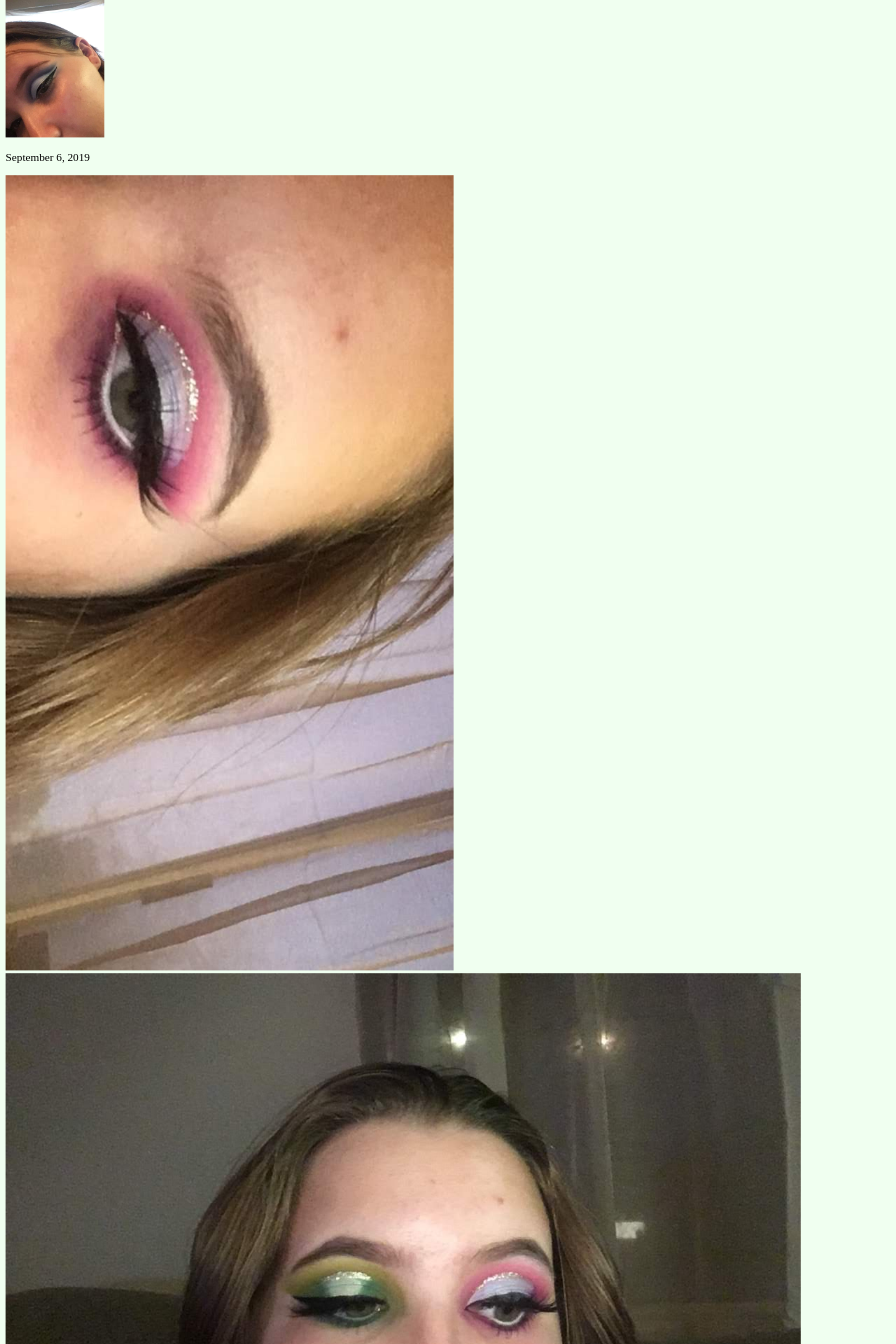
Repository: EMcmurray1862/emcmurray1862.github.io
Page: my_website/makeup.html
The author's editor kept a record of every edit. The page is drawn from the files as they stood at one moment, then again after the next edit.
The browser window is 1280 px wide. The pictures show the part of the page from y = 1766 to 3686 px (the page is 4998 px tall before and 3468 px after), at 70% of full size.

Above is the page before.

After the next edit:
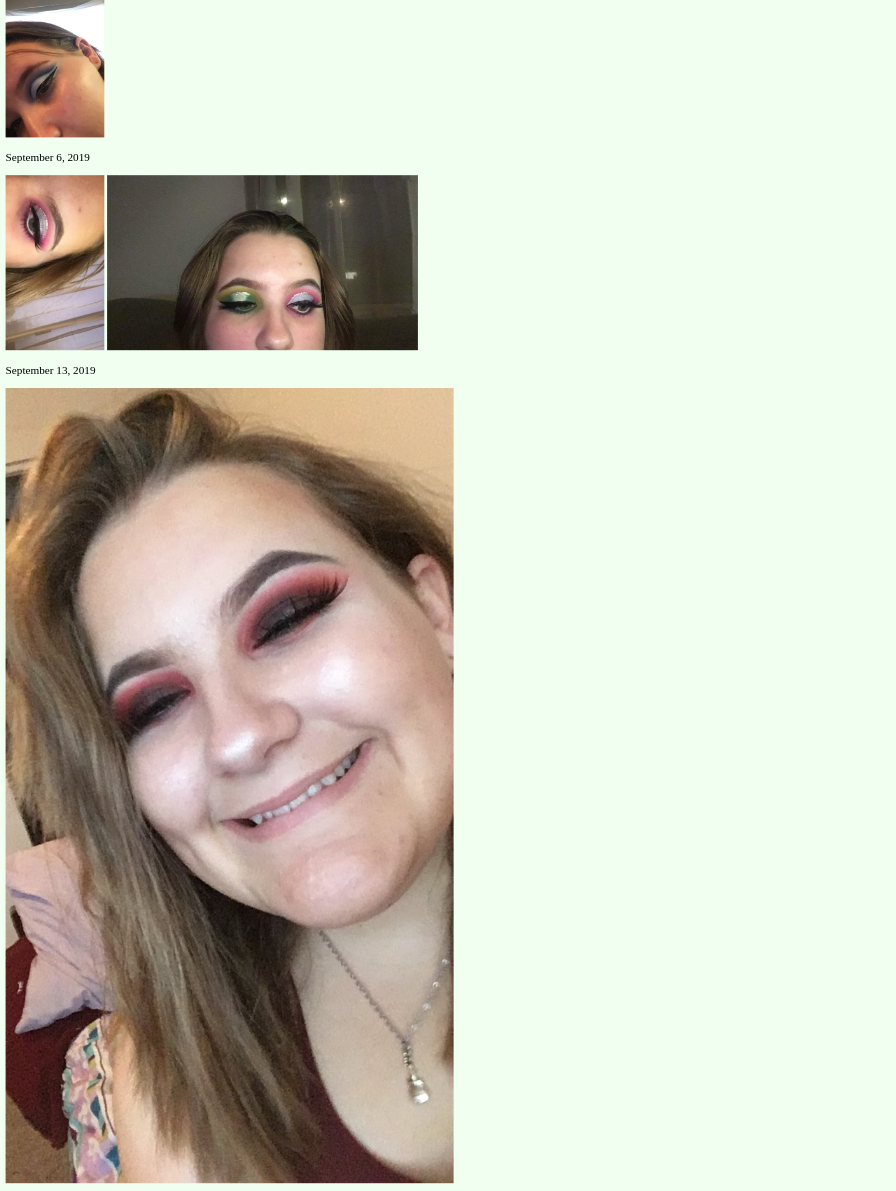
The edit:
--- a/my_website/makeup.html
+++ b/my_website/makeup.html
@@ -24,8 +24,8 @@
     <p>August 30, 2019</p>
     <img src="images/blue_cutcrease.jpg" height="250">
     <p>September 6, 2019</p>
-    <img src="images/purple_blue_glitter.jpg">
-    <img src="images/green_glitter.jpg">
+    <img src="images/purple_blue_glitter.jpg" height="250">
+    <img src="images/green_glitter.jpg" height="250">
     <p>September 13, 2019</p>
     <img src="images/red_black.jpg">
     <br>
